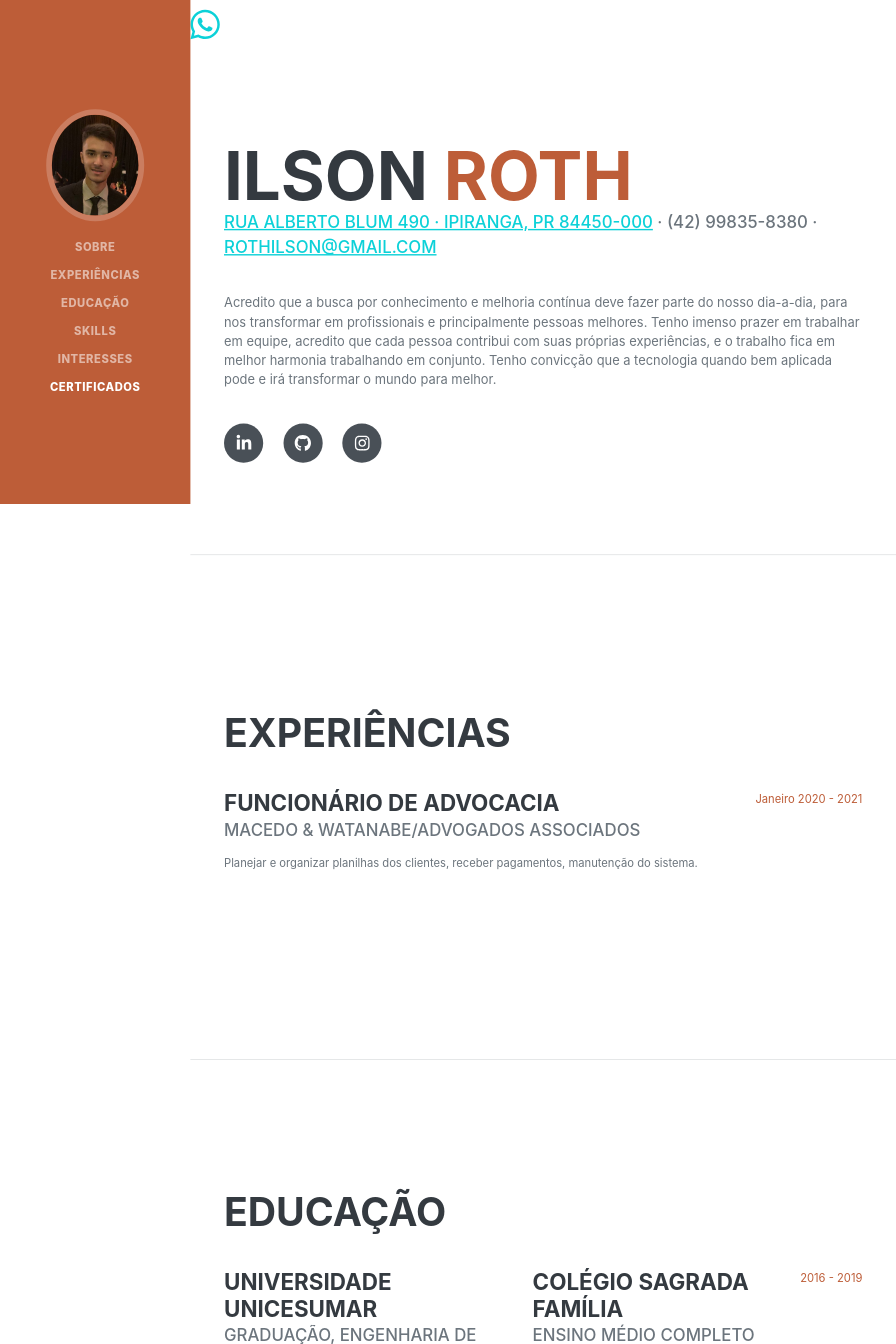
Repository: JuniorRoth/Curriculo-Web
Page: public/index.html
The author's editor kept a copy of each file at every save. The page is drawn from the files as they stood at one save, then again after the next save.
The browser window is 1280 px wide. The pictures show the part of the page from y = 0 to 1920 px (the page is 4397 px tall before and 4325 px after), at 70% of full size.
Some web fonts or font styles are not loaded; a fallback is used. Some web libraries are served in a nearby version.

Above is the page before, as saved 2023-02-08 11:05:13.

After the next save:
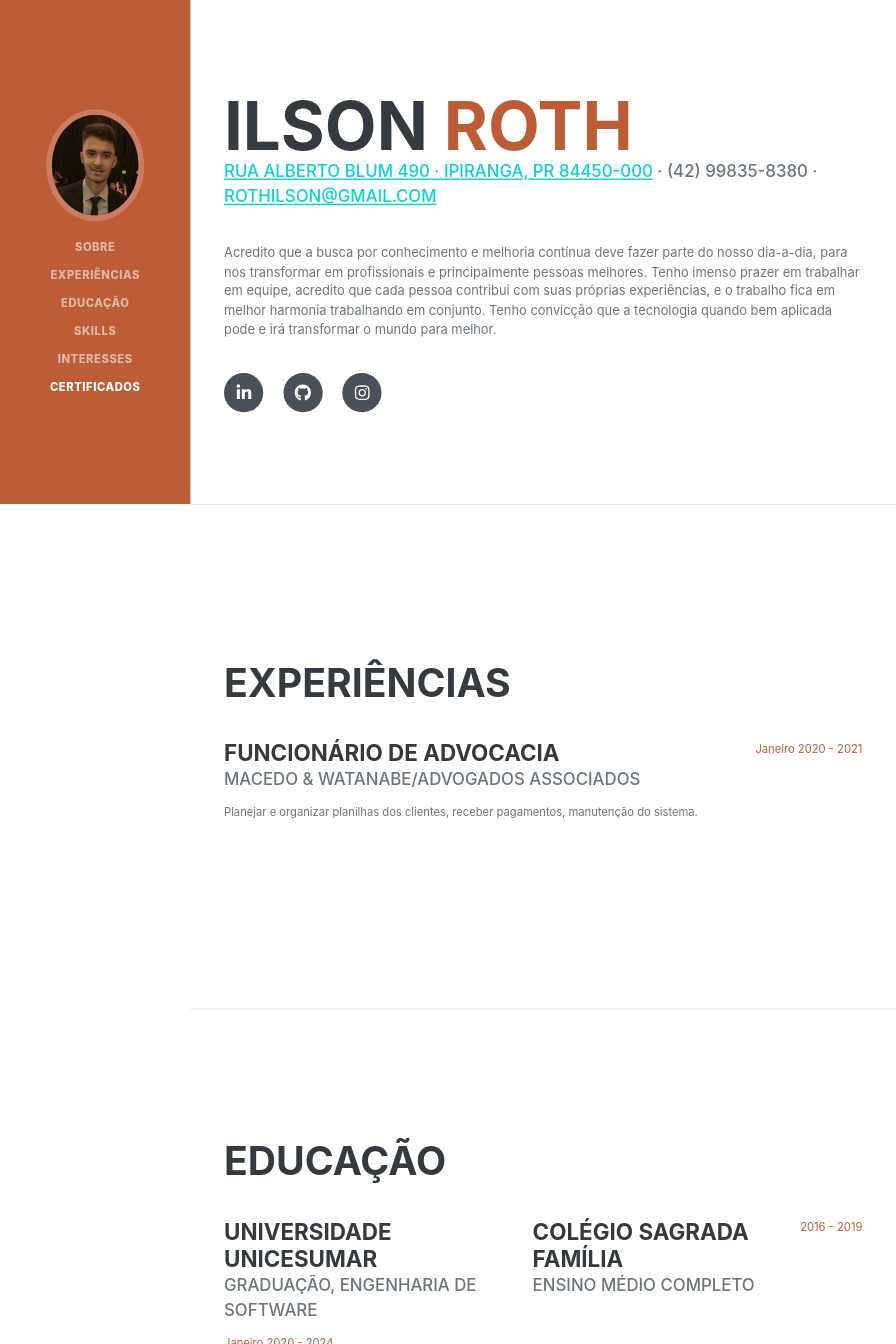
Saved 2 min 3 s later.
--- a/public/index.html
+++ b/public/index.html
@@ -20,7 +20,7 @@
     <body id="page-top">
 
         <!-- fab-->
-        <div>
+        <div class="fixed-bottom text-right">
             <a class="social-icon icon-fab" href="https://www.linkedin.com/in/juninho-roth-bb1896225/"><i class="fab fa-whatsapp"></i></a>
         </div>
         <!-- Navigation-->
